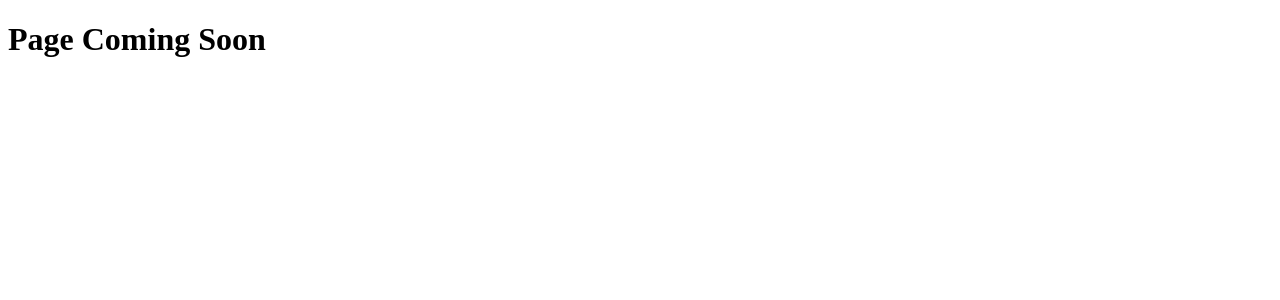
Repository: Hamzamshoaib/us2
Page: http://localhost/te_assignment_2/register.jsp
These files come from the project's save history. The page is drawn as it stood at one moment and after the next save; the edit follows.
The browser window is 1280 px wide. The pictures show the whole page.
The page is served by Tomcat 9. The session is filled in as if someone had signed in: {"username": "Godlin"}. Other server files are loaded and not shown. Queries for data that is not in the repository find no rows.

Above is the page before, as saved 2015-05-09 12:12:54.

### te_assignment_2/WebContent/register.jsp
<%@ page language="java" contentType="text/html; charset=US-ASCII"
    pageEncoding="US-ASCII"%>
<!DOCTYPE html PUBLIC "-//W3C//DTD HTML 4.01 Transitional//EN" "http://www.w3.org/TR/html4/loose.dtd">
<html>
<head>
<meta http-equiv="Content-Type" content="text/html; charset=US-ASCII">
<title>Insert title here</title>
</head>
<body>
<!-- Code between the tags check whether a session exists or not -->

<h1>Page Coming Soon</h1>
</body>
</html>

### te_assignment_2/src/edu/unsw/comp9321/Email.java
package edu.unsw.comp9321;


import java.util.Properties;
import javax.mail.Message;
import javax.mail.MessagingException;
import javax.mail.PasswordAuthentication;
import javax.mail.Session;
import javax.mail.Transport;
import javax.mail.internet.InternetAddress;
import javax.mail.internet.MimeMessage;


public class Email {

	String from;
    final String username = "dailyauctiondeals";
    final String password = "moshe123";
    String host;
    Properties props;
    Session session;

	public Email(){
		from = "dailyauctiondeals@gmail.com";
		host = "smtp.gmail.com";

		props = new Properties();
		props.put("mail.smtp.auth", "true");
		props.put("mail.smtp.starttls.enable", "true");
		props.put("mail.smtp.host", host);
		props.put("mail.smtp.port", "587");

		session = Session.getInstance(props,
	      new javax.mail.Authenticator() {
	         protected PasswordAuthentication getPasswordAuthentication() {
	            return new PasswordAuthentication(username, password);
	         }
		});
	}

	public Boolean sendVerifyEmail(String to, String IDToken){

	      try {
	         // Create a default MimeMessage object.
	         Message message = new MimeMessage(session);

	         // Set From: header field of the header.
	         message.setFrom(new InternetAddress(from));

	         // Set To: header field of the header.
	         message.setRecipients(Message.RecipientType.TO,
	         InternetAddress.parse(to));
	         // Set Subject: header field
	         message.setSubject("Welcome to Daily Auction Deals! Please verify your email.");
	         // Now set the actual message
	         message.setText("Hi!\n\n"
	         		+ "Welcome to Daily Auction Deals! To use your account, please verify your email by clicking this link "
	         		+ "\n\n\thttp://localhost:8080/te_assignment_2/verification?verification_token=" + IDToken
	         		+ "\n\n"
	         		+ "Daily Auction Deals Team :)");

	         // Send message
	         Transport.send(message);

	         System.out.println("Sent message successfully...");

	      } catch (MessagingException e) {
	    	  return false;
	      }

		return true;
	}

	public Boolean newHighBid(int Item_ID){
		UserController uc = new UserController();
		BiddingController bc = new BiddingController();
		String user = bc.winningBidder(Item_ID);
		int highestBid = bc.currentWinningBid(Item_ID);
		String to = uc.getEmail(user);
		String itemName = uc.getItemName(Item_ID);
	      try {
		         // Create a default MimeMessage object.
		         Message message = new MimeMessage(session);

		         // Set From: header field of the header.
		         message.setFrom(new InternetAddress(from));

		         // Set To: header field of the header.
		         message.setRecipients(Message.RecipientType.TO,
		         InternetAddress.parse(to));
		         // Set Subject: header field
		         message.setSubject("Congratulations " + user + "! You have the highest bid at the moment!");
		         // Now set the actual message
		         message.setText("Hi!\n\n"
		         		+ "You have the highest bid for " + itemName + " at $" + highestBid + "."
		         		+ "\n\n"
		         		+ "Daily Auction Deals Team :)");

		         // Send message
		         Transport.send(message);

		         System.out.println("Sent New High Bid Mail successfully...");

	      } catch (MessagingException e) {
	    	  return false;
	      }
	      return true;
	}

	public Boolean sendLostBidEmail(int Item_ID){
		UserController uc = new UserController();
		BiddingController bc = new BiddingController();

		String user = bc.secondHighestBidder(Item_ID);
		if (user == null){
			System.out.println("He was the only bidder");
			return false;
		}

		int highestBid = bc.currentWinningBid(Item_ID);
		String to = uc.getEmail(user);
		String itemName = uc.getItemName(Item_ID);
	      try {
		         // Create a default MimeMessage object.
		         Message message = new MimeMessage(session);

		         // Set From: header field of the header.
		         message.setFrom(new InternetAddress(from));

		         // Set To: header field of the header.
		         message.setRecipients(Message.RecipientType.TO,
		         InternetAddress.parse(to));
		         // Set Subject: header field
		         message.setSubject("Oh no, " + user + "! You've been outbid!");
		         // Now set the actual message
		         message.setText("Hi!\n\n"
		         		+ "Unfortunately you have been outbid for your " + itemName + ".\n\n"
		         		+ "The new highest bid is: $" + highestBid + "."
		         		+ "\n\n"
		         		+ "Daily Auction Deals Team :)");

		         // Send message
			         Transport.send(message);

			         System.out.println("Sent Lost Bid Mail successfully...");

	      } catch (MessagingException e) {
	    	  return false;
	      }
	      return true;
	}

	public Boolean emailWinner(int Item_ID){
		UserController uc = new UserController();
		BiddingController bc = new BiddingController();
		String user = bc.winningBidder(Item_ID);
		int highestBid = bc.currentWinningBid(Item_ID);
		String to = uc.getEmail(user);
		String itemName = uc.getItemName(Item_ID);
	      try {
		         // Create a default MimeMessage object.
		         Message message = new MimeMessage(session);

		         // Set From: header field of the header.
		         message.setFrom(new InternetAddress(from));

		         // Set To: header field of the header.
		         message.setRecipients(Message.RecipientType.TO,
		         InternetAddress.parse(to));
		         // Set Subject: header field
		         message.setSubject("Congratulations " + user + "! You have won an item!");
		         // Now set the actual message
		         message.setText("Hi!\n\n"
		         		+ "You have won a brand new " + itemName + " for $" + highestBid + "! :)"
		         		+ "\n\n"
		         		+ "Daily Auction Deals Team :)");

		         // Send message
		         Transport.send(message);

		         System.out.println("Sent winner email successfully...");

	      } catch (MessagingException e) {
	    	  return false;
	      }
	      return true;
	}

	public Boolean emailOwner(int Item_ID){
		UserController uc = new UserController();
		BiddingController bc = new BiddingController();
		String user = uc.getItemOwner(Item_ID);
		int highestBid = bc.currentWinningBid(Item_ID);
		String to = uc.getEmail(user);
		String itemName = uc.getItemName(Item_ID);
	      try {
		         // Create a default MimeMessage object.
		         Message message = new MimeMessage(session);

		         // Set From: header field of the header.
		         message.setFrom(new InternetAddress(from));

		         // Set To: header field of the header.
		         message.setRecipients(Message.RecipientType.TO,
		         InternetAddress.parse(to));
		         // Set Subject: header field
		         message.setSubject("Congratulations " + user + "! Your item has been sold!");
		         // Now set the actual message
		         message.setText("Hi!\n\n"
		         		+ "You have sold your item " + itemName + " for $" + highestBid + "! :)"
		         		+ "\n\n"
		         		+ "Daily Auction Deals Team :)");

		         // Send message
		         Transport.send(message);

		         System.out.println("Sent owner email successfully...");

	      } catch (MessagingException e) {
	    	  return false;
	      }
	      return true;
	}

	public Boolean lessThanReserved(int Item_ID){
		UserController uc = new UserController();
		BiddingController bc = new BiddingController();
		String user = uc.getItemOwner(Item_ID);
		int highestBid = bc.currentWinningBid(Item_ID);
		String to = uc.getEmail(user);
		String itemName = uc.getItemName(Item_ID);
	      try {
		         // Create a default MimeMessage object.
		         Message message = new MimeMessage(session);

		         // Set From: header field of the header.
		         message.setFrom(new InternetAddress(from));

		         // Set To: header field of the header.
		         message.setRecipients(Message.RecipientType.TO,
		         InternetAddress.parse(to));
		         // Set Subject: header field
		         message.setSubject(user + ", your item has not reached its reserve price");
		         // Now set the actual message
		         message.setText("Hi!\n\n"
		         		+ "Your item, " + itemName + " has an offer of $" + highestBid
		         		+ " which is below your reserve price of $" + bc.getReservePrice(Item_ID) + ".\n\n"
		         		+ "Log into your account to accept or reject this offer."
		         		+ "\n\n"
		         		+ "Daily Auction Deals Team :)");

		         // Send message
		         Transport.send(message);

		         System.out.println("Sent reserved price notification email successfully...");

	      } catch (MessagingException e) {
	    	  return false;
	      }
	      return true;
	}

	public Boolean itemNotSold(int Item_ID){
		UserController uc = new UserController();
		String user = uc.getItemOwner(Item_ID);
		String to = uc.getEmail(user);
		String itemName = uc.getItemName(Item_ID);
	      try {
		         // Create a default MimeMessage object.
		         Message message = new MimeMessage(session);

		         // Set From: header field of the header.
		         message.setFrom(new InternetAddress(from));

		         // Set To: header field of the header.
		         message.setRecipients(Message.RecipientType.TO,
		         InternetAddress.parse(to));
		         // Set Subject: header field
		         message.setSubject(user + ", your item wasn't sold :(");
		         // Now set the actual message
		         message.setText("Hi!\n\n"
		         		+ "Your item, " + itemName + ", has not had any bids and was not sold. :( \n\n"
		         		+ "Log into your account and re-add if you want."
		         		+ "\n\n"
		         		+ "Daily Auction Deals Team :)");

		         // Send message
		         Transport.send(message);

		         System.out.println("Sent item not sold notification email successfully...");

	      } catch (MessagingException e) {
	    	  return false;
	      }
	      return true;
	}

	public void newBidEmails(int Item_ID){
		newHighBid(Item_ID);
		sendLostBidEmail(Item_ID);
	}

	public void endAuctionEmails(int Item_ID){
		emailWinner(Item_ID);
		emailOwner(Item_ID);
	}
}

After the next save:
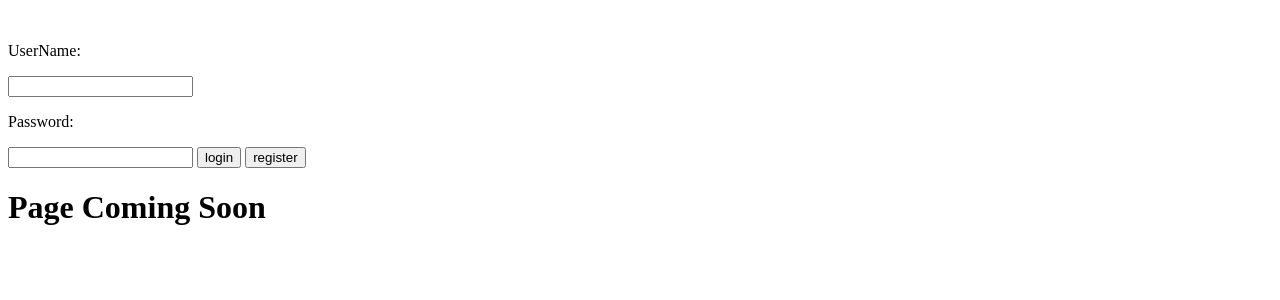
Saved 28 s later.
--- a/te_assignment_2/WebContent/register.jsp
+++ b/te_assignment_2/WebContent/register.jsp
@@ -7,8 +7,17 @@
 <title>Insert title here</title>
 </head>
 <body>
-<!-- Code between the tags check whether a session exists or not -->
+<FORM NAME="loginform" ACTION="delegate" METHOD="POST">
+<br>
+<p>UserName: </p>
+<INPUT type="text" name="username">
+<br>
+<p>Password: </p>
+<INPUT type="password" name="password">
+<INPUT TYPE="submit" name="action" value="login">
+<INPUT TYPE="submit" name="action" value="register">
 
+</FORM>
 <h1>Page Coming Soon</h1>
 </body>
 </html>
